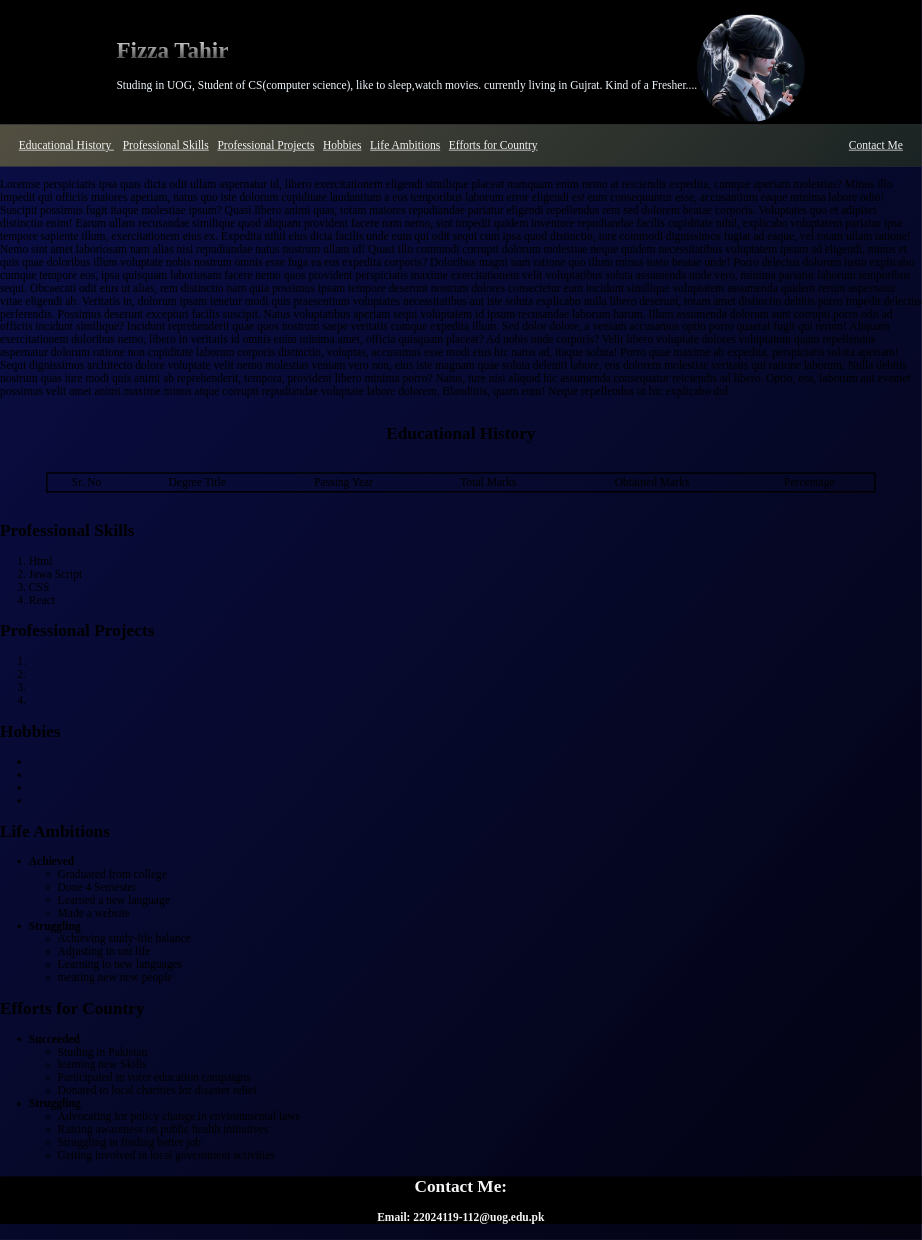
Repository: Fizza-112/project
Page: /
An editor plug-in stored every save of this project. The page is shown before and after a run of saves, followed by the edit.
The browser window is 1280 px wide. The pictures show the whole page, at 72% of full size.
The project was rebuilt for these pictures with package versions that can differ from the ones it lists, and the page was loaded fresh each time. Also part of the build but not shown: vite.config.ts.

Above is the page before, as saved 2024-09-16 09:47:01.

### src/App.tsx

import React from 'react'
import "./App.css"
import profileimg from "./assets/WhatsApp Image 2024-09-06 at 9.05.18 AM.jpeg"

const App = () => {
  return (
    <>
    <header>
    <div> <h1 id='name'>Fizza Tahir</h1>
    <p id="intro">Studing in UOG, Student of CS(computer science), like to sleep,watch movies. currently living in Gujrat. Kind of a Fresher....</p>
    </div>
    <div>
      <img  src={profileimg} alt='image' id="image"/>
    </div>
    </header>
    <nav id="nav">
      <div id="">

  <a href='#EducationalHistory'>Educational History </a>

  <a href='#ProfessionalSkills'>Professional Skills</a>
  <a href="#ProfessionalProjects">Professional Projects</a>
  <a href="#Hobbies">Hobbies</a>
  <a href="#life-ambitions">Life Ambitions</a>
  <a href="#efforts-for-country">Efforts for Country</a>
  </div>
  <div>
  <a href="#Contact-Me">Contact Me</a>
  </div>
</nav>
<p>Loremse perspiciatis ipsa quas dicta odit ullam aspernatur id, libero exercitationem eligendi similique placeat numquam enim nemo at reiciendis expedita, cumque aperiam molestias? Minus illo impedit qui officiis maiores aperiam, natus quo iste dolorum cupiditate laudantium a eos temporibus laborum error eligendi est eum consequuntur esse, accusantium eaque minima labore odio! Suscipit possimus fugit itaque molestiae ipsum? Quasi libero animi quas, totam maiores repudiandae pariatur eligendi repellendus rem sed dolorem beatae corporis. Voluptates quo et adipisci distinctio enim! Earum ullam recusandae similique quod aliquam provident facere nam nemo, sint impedit quidem inventore repudiandae facilis cupiditate nihil, explicabo voluptatem pariatur ipsa tempore sapiente illum, exercitationem eius ex. Expedita nihil eius dicta facilis unde eum qui odit sequi cum ipsa quod distinctio, iure commodi dignissimos fugiat ad eaque, vel totam ullam ratione! Nemo sint amet laboriosam nam alias nisi repudiandae natus nostrum ullam id! Quasi illo commodi corrupti dolorum molestiae neque quidem necessitatibus voluptatem ipsum ad eligendi, minus et quis quae doloribus illum voluptate nobis nostrum omnis esse fuga ea eos expedita corporis? Doloribus magni nam ratione quo illum minus iusto beatae unde! Porro delectus dolorum iusto explicabo cumque tempore eos, ipsa quisquam laboriosam facere nemo quos provident perspiciatis maxime exercitationem velit voluptatibus soluta assumenda unde vero, minima pariatur laborum temporibus sequi. Obcaecati odit eius ut alias, rem distinctio nam quia possimus ipsam tempore deserunt nostrum dolores consectetur eum incidunt similique voluptatem assumenda quidem rerum aspernatur vitae eligendi ab. Veritatis in, dolorum ipsam tenetur modi quis praesentium voluptates necessitatibus aut iste soluta explicabo nulla libero deserunt, totam amet distinctio debitis porro impedit delectus perferendis. Possimus deserunt excepturi facilis suscipit. Natus voluptatibus aperiam sequi voluptatem id ipsum recusandae laborum harum. Illum assumenda dolorum sunt corrupti porro odit ad officiis incidunt similique? Incidunt reprehenderit quae quos nostrum saepe veritatis cumque expedita illum. Sed dolor dolore, a veniam accusamus optio porro quaerat fugit qui rerum! Aliquam exercitationem doloribus nemo, libero in veritatis id omnis enim minima amet, officia quisquam placeat? Ad nobis unde corporis? Velit libero voluptate dolores voluptatum quam repellendus aspernatur dolorum ratione non cupiditate laborum corporis distinctio, voluptas, accusamus esse modi eius hic natus ad, itaque soluta! Porro quae maxime ab expedita, perspiciatis soluta aperiam! Sequi dignissimos architecto dolore voluptate velit nemo molestias veniam vero non, eius iste magnam quae soluta deleniti labore, eos dolorem molestiae veritatis qui ratione laborum. Nulla debitis nostrum quas iure modi quis animi ab reprehenderit, tempora, provident libero minima porro? Natus, iure nisi aliquid hic assumenda consequatur reiciendis ad libero. Optio, eos, laborum aut eveniet possimus velit amet animi maxime minus atque corrupti repudiandae voluptate labore dolorem. Blanditiis, quam eum! Neque repellendus ut hic explicabo dol</p>
  <div id="EducationalHistory">

    <h2 id="edh">Educational History </h2>
    <table>
  <tr>
    <td>Sr. No</td>
   <td>Degree Title</td>
    <td>Passing Year</td>
    <td>Total Marks</td>
    <td>Obtained Marks</td>
       <td>Percentage</td>
  </tr>
  </table>
  </div>

  <div id="ProfessionalSkills">
<h2>Professional Skills</h2>
<ol>
<li>Html</li>
<li>Jawa Script</li>
<li>CSS</li>
<li>React</li>
</ol>
   </div>

  <div id="ProfessionalProjects">
<h2>Professional Projects</h2>
<ol>
<li></li>
<li></li>
<li></li>
<li></li>
</ol>
   </div>

  <div id="Hobbies">
<h2>Hobbies</h2>
<ul>
<li></li>
<li></li>
<li></li>
<li></li>
</ul>
   </div>

   <div id="life-ambitions">
    <h2>Life Ambitions</h2>
    <ul>
      <li><b>Achieved</b></li>
      <ul>
        <li>Graduated from college</li>
        <li>Done 4 Semester </li>
        <li>Learned a new language</li>
        <li>Made a website </li>
      </ul>
      <li><b>Struggling</b></li>
      <ul>
        <li>Achieving study-life balance</li>
        <li>Adjusting in uni life</li>
        <li>Learning to new languages</li>
        <li>meating new new people</li>
      </ul>
    </ul>
    </div>

    <div id="efforts-for-country">
    <h2>Efforts for Country</h2>
    <ul>
      <li><b>Succeeded</b></li>
      <ul>
        <li>Studing in Pakistan</li>
        <li>learning new Skills</li>
        <li>Participated in voter education campaigns</li>
        <li>Donated to local charities for disaster relief</li>
      </ul>
      <li><b>Struggling</b></li>
      <ul>
        <li>Advocating for policy change in environmental laws</li>
        <li>Raising awareness on public health initiatives</li>
        <li>Struggling in finding better job</li>
        <li>Getting involved in local government activities</li>
      </ul>
    </ul>
  </div>
<div id="Contact-Me">
  <footer id='footer'>
<h2>Contact Me: </h2>
<h4> Email: 22024119-112@uog.edu.pk</h4>
  </footer>
  </div>
    </>
  )
}

export default App

### src/App.css
body{
  margin: 0px;
  padding: 0px;
  background-color: #3d406d;
background-image: linear-gradient(132deg, #0a0e47 0%, #030311 100%);

}
header{
  display: flex;
  align-items: center;
  justify-content: center;
  width: 100%;
  color:aliceblue;
  background-color:black
}
#name{
  background: linear-gradient(#eee, #333);  /* The gradient color */
  -webkit-background-clip: text;       /* Clip the background to the text */
  background-clip: text;              /* For non-WebKit browsers */
  color: transparent;



}
#image{
  width: 150px;
  margin-left: auto !important; /* This pushes the image to the right */
  border-radius: 50%;
  margin-top: 20px;

}
#nav{
  display: flex;
  align-items:center;
  justify-content: space-between;
  padding: 20px;background-color: #524f41;
  background-image: linear-gradient(132deg, #524f41 0%, #1a2323 100%);




}
a{
  color:whitesmoke;
  margin: 6px;

}
table{
  border: 2px solid black;
  justify-content:center;
  align-items:center;
  text-align: center;
 width: 90%;
  margin: 20px;


}
#EducationalHistory{
  width:100%;
  display:flex;
  flex-direction: column;
  justify-content: center;
  align-items:center;
}
#footer{
  text-align: center;
  background-color: black;
  color:whitesmoke;
  margin: 20px, 0px 0px, 0px;
  padding:2
}

Loaded but not shown: index.html (common file); src/main.tsx (common file); src/index.css (no stored copy; drawn as an empty file)

After the next 2 saves:
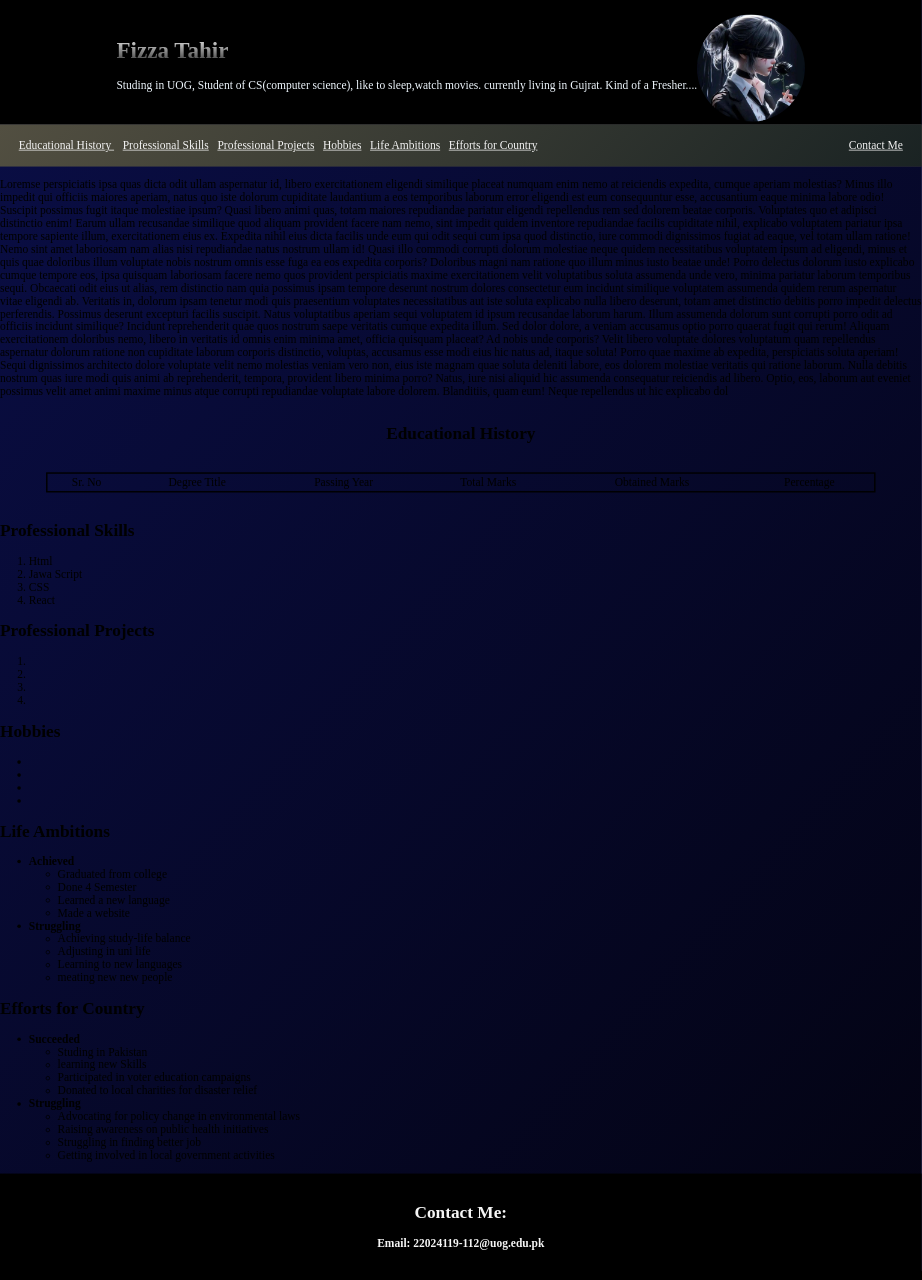
The 2 saves are shown as one change because they came seconds apart.
The last was saved 17 s later.
--- a/src/App.css
+++ b/src/App.css
@@ -67,5 +67,5 @@
   background-color: black;
   color:whitesmoke;
   margin: 20px, 0px 0px, 0px;
-  padding:2
+  padding:20px
 }

After the save that followed:
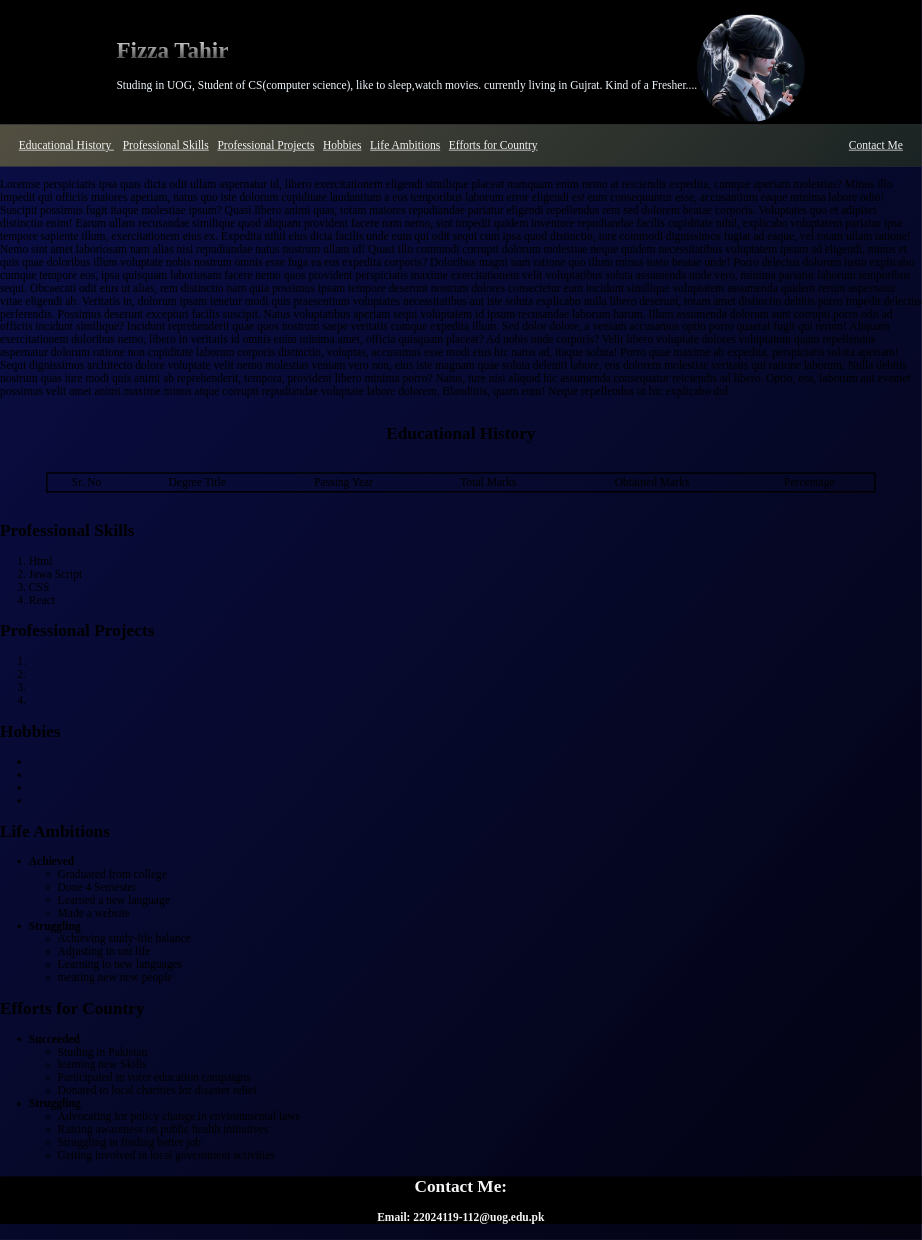
Saved 7 s later.
--- a/src/App.css
+++ b/src/App.css
@@ -67,5 +67,5 @@
   background-color: black;
   color:whitesmoke;
   margin: 20px, 0px 0px, 0px;
-  padding:20px
+  padding:20px,
 }
